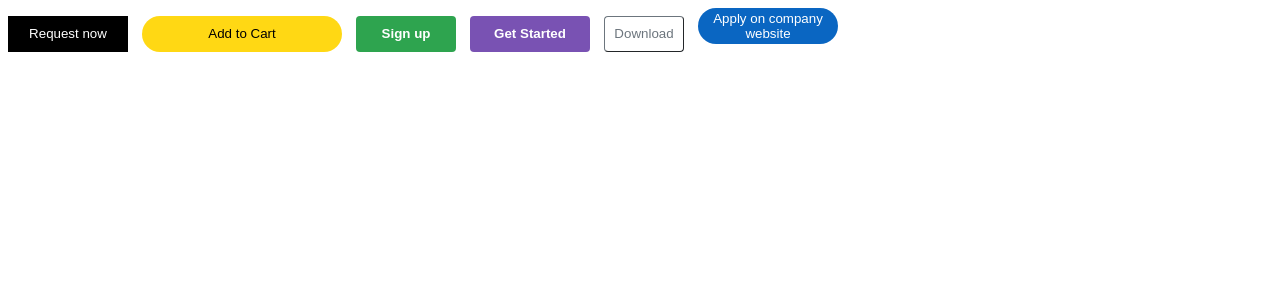
Repository: Kurumilli/Youtube
Page: Exercise2.html
An editor plug-in stored every save of this project. The page is shown before and after the next save, followed by the edit.
The browser window is 1280 px wide. The pictures show the whole page.

Above is the page before, as saved 2025-01-23 20:50:19.

### Exercise2.html
<html>
    <body>
        <style>
            .uber{
                background-color: black;
                color: white;
                height:36px;
                border: none;
                width: 120px;
                margin-bottom: 10px;
                cursor: pointer;
                margin-right: 10px;
            }

            .amazon{
                background-color: rgb(255,216,20);
                height: 36px;
                width: 200px;
                border-radius: 18px;
                border: none;
                cursor: pointer;
                margin-right: 10px;
            }

            .Github{
                background-color: rgb(46,164,79);
                color: White;
                border: none;
                height: 36px;
                width: 100px;
                cursor: pointer;
                border-radius: 4px;
                font-weight: bold;
                margin-right: 10px;
            }

            .bootstrap2d{
                background-color: rgb(121,82,179);
                color: white;
                height: 36px;
                width: 120px;
                border: none;
                cursor: pointer;
                font-weight: bold;
                border-radius: 4px;
                margin-right: 10px;
            }

            .Bootstrap{
                color: rgb(108,117,125);
                background-color: white;
                height: 36px;
                width: 80px;
                cursor: pointer;
                border-radius: 4px;
                border-width: 1px;
                margin-right: 10px;
                border-color: rgb(108,117,125);
            }

            .linkedin{
                background-color: rgb(10,102,194);
                color: white;
                height: 36px;
                width: 140px;
                border: none;
                cursor: pointer;
                border-radius: 18px;

            }
        </style>

        <button class="uber">
                Request now
        </button>

        <button class="amazon">
            Add to Cart
        </button>

        <button class="Github">
            Sign up
        </button>

        <button class="bootstrap2d">
            Get Started
        </button>

        <button class="Bootstrap">
            Download
        </button>

        <button class="linkedin">
            Apply on company website
        </button>
    </body>
</html>

After the next save:
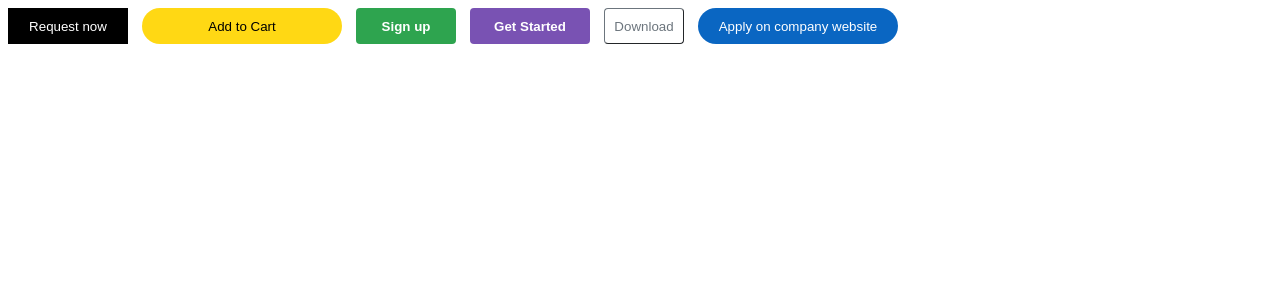
Saved 8 s later.
--- a/Exercise2.html
+++ b/Exercise2.html
@@ -62,7 +62,7 @@
                 background-color: rgb(10,102,194);
                 color: white;
                 height: 36px;
-                width: 140px;
+                width: 200px;
                 border: none;
                 cursor: pointer;
                 border-radius: 18px;
